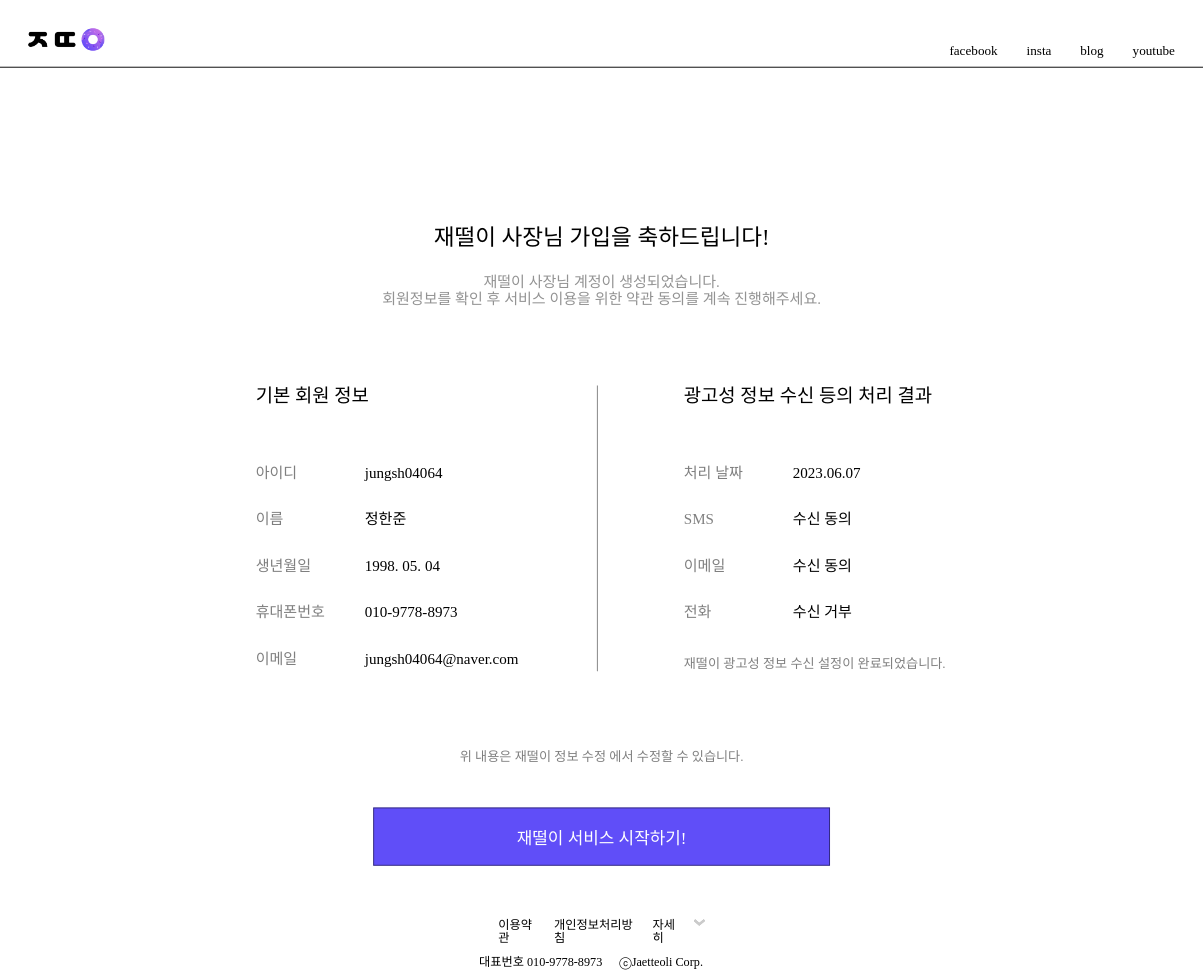
Repository: raoniee/Jaetteoli-React-Project
Page: /signup/complete
An editor plug-in stored every save of this project. The page is shown before and after the next save, followed by the edit.
The browser window is 1280 px wide. The pictures show the whole page, at 94% of full size.
Some web fonts or font styles are not loaded; a fallback is used. The project was rebuilt for these pictures with package versions that can differ from the ones it lists, and the page was loaded fresh each time. Also part of the build but not shown: src/component/main/ManageReview.module.css, src/component/main/ReviewContainer.module.css, src/component/main/ReviewItem.module.css, src/component/main/ReviewItem.js, src/component/main/ReviewContainer.js, src/component/sidebar/SideBar.module.css, src/component/sidebar/SideBar.js, src/component/main/ManageReview.js and 53 more.

Above is the page before, as saved 2023-07-06 22:10:30.

### public/index.html
<!DOCTYPE html>
<html lang="en">
<script src="//t1.daumcdn.net/mapjsapi/bundle/postcode/prod/postcode.v2.js"></script>
<head>
  <meta charset="utf-8" />
  <link rel="icon" href="%PUBLIC_URL%/favicon.ico" />
  <meta name="viewport" content="width=device-width, initial-scale=1" />
  <meta name="theme-color" content="#000000" />
  <meta name="description" content="Web site created using create-react-app" />
  <link rel="apple-touch-icon" href="%PUBLIC_URL%/logo192.png" />
  <link rel="manifest" href="%PUBLIC_URL%/manifest.json" />
  <title>재떨이</title>
</head>

<body>
  <div id="overlays"></div>
  <div id="root"></div>
</body>

</html>

### src/App.js
import Header from "./component/header/Header";
import ManageReview from "./component/main/ManageReview";
import TodayMenu from "./component/main/TodayMenu";
import TodayOrder from "./component/main/TodayOrder";
import ManageSale from "./component/main/ManageSale";

// Membership
import MembershipStart from "./component/memberShip/MembershipStart";
import MembershipInformation from "./component/memberShip/MembershipInformation";
import MembershipEnd from "./component/memberShip/MembershipEnd";

// login
import LoginStart from "./component/login/LoginStart";
import IDSearch from "./component/login/IDSearch";
import IDShow from "./component/login/IDShow";
import PasswordNew from "./component/login/PasswordNew";

import Regist1 from "./component/register/Regist1";
import Regist2 from "./component/register/Regist2";
import Regist3 from "./component/register/Regist3";

import { RouterProvider, createBrowserRouter } from "react-router-dom";
import SideBar from "./component/sidebar/SideBar";
import Home from "./component/home/Home";

const router = createBrowserRouter([
  { path: "/", element: <Home /> },
  // Membership
  { path: "/signup/agree", element: <MembershipStart /> },
  { path: "/signup/begin", element: <MembershipInformation /> },
  { path: "/signup/complete", element: <MembershipEnd /> },
  // login
  { path: "/login", element: <LoginStart /> },
  { path: "/help", element: <IDSearch /> },
  { path: "/help/complete", element: <IDShow /> },
  { path: "/help/new-pw", element: <PasswordNew /> },
  //
  { path: "/today/menu", element: <TodayMenu /> },
  { path: "/today/order", element: <TodayOrder /> },
  { path: "/review", element: <ManageReview /> },
  { path: "/sales", element: <ManageSale /> },
  { path: "/register/store", element: <Regist1 /> },
  { path: "/register/menu", element: <Regist2 /> },
  { path: "/register/origin", element: <Regist3 /> },
]);

function App() {
  return <RouterProvider router={router} />;
}

export default App;

### src/store/index.js
import React from 'react';
import { configureStore } from '@reduxjs/toolkit';
import authReducer from './auth'

export default configureStore({
    reducer: {
        auth: authReducer
    },
})

### src/component/header/Header.js
import Nav from './Nav';
import style from './Header.module.css'
import logo from '../../assets/images/logo.png'

const Header = () => {
    return (
        <header>
            <div className={style.logo}>
                <img className={style.logoImg} src={logo}></img>
            </div>
            <Nav />
        </header>
    )
}

export default Header;

### src/component/memberShip/MembershipEnd.jsx
import React from "react";
import Footer from "../footer/Footer";
import Header from "../header/Header";
import style from "./MembershipEnd.module.css";

export default function MembershipEnd() {
  return (
    <div className={style.container}>
      <Header />
      <div className={style.MembershipEnd}>
        <span className={style.title}>재떨이 사장님 가입을 축하드립니다!</span>
        <p className={style.title_desc1}>
          재떨이 사장님 계정이 생성되었습니다.
        </p>
        <p className={style.title_desc2}>
          회원정보를 확인 후 서비스 이용을 위한 약관 동의를 계속 진행해주세요.
        </p>

        <div className={style.wrap}>
          <div className={style.left}>
            <span>기본 회원 정보</span>
            <div className={style.profile}>
              <ul className={style.profile_left}>
                <li>아이디</li>
                <li>이름</li>
                <li>생년월일</li>
                <li>휴대폰번호</li>
                <li>이메일</li>
              </ul>
              <ul className={style.profile_right}>
                <li>jungsh04064</li>
                <li>정한준</li>
                <li>1998. 05. 04</li>
                <li>010-9778-8973</li>
                <li>jungsh04064@naver.com</li>
              </ul>
            </div>
          </div>

          <div className={style.right}>
            <span>광고성 정보 수신 등의 처리 결과</span>
            <div className={style.result}>
              <ul className={style.result_left}>
                <li>처리 날짜</li>
                <li>SMS</li>
                <li>이메일</li>
                <li>전화</li>
              </ul>
              <ul className={style.result_right}>
                <li>2023.06.07</li>
                <li>수신 동의</li>
                <li>수신 동의</li>
                <li>수신 거부</li>
              </ul>
            </div>

            <p>재떨이 광고성 정보 수신 설정이 완료되었습니다.</p>
          </div>
        </div>
        <p className={style.correction}>
          위 내용은 재떨이 정보 수정 에서 수정할 수 있습니다.
        </p>
        <button className={style.bluebutton}>재떨이 서비스 시작하기!</button>
      </div>
      <Footer />
    </div>
  );
}

### src/store/auth.js
import { createSlice } from '@reduxjs/toolkit';

const initialStateValue = { jwt: '', name: '', firstLogin: 1, menuRegister: 1 }

export const authSlice = createSlice({
    name: "auth",
    initialState: { value: { jwt: '', name: '', firstLogin: 1, menuRegister: 1 } },
    reducers: {
        login: (state, action) => {
            state.value = action.payload
        },
        logout: (state) => {
            state.value = initialStateValue
        }
    },
});

export default authSlice.reducer;
export const { login, logout } = authSlice.actions;

### src/component/header/Nav.js
import style from './Nav.module.css'

const Nav = () => {
    return(
        <nav className={style.nav}>
            <ul className={style.navList}>
                <li>facebook</li>
                <li>insta</li>
                <li>blog</li>
                <li>youtube</li>
            </ul>
        </nav>
    )
}

export default Nav;

### src/component/header/Header.module.css
header {
    font-family: "Pretendard-SemiBold";
    width: 100%;
    height: 72px;
    display: flex;
    align-items: flex-end;
    justify-content: space-between;
    padding: 10px 30px;
    box-sizing: border-box;
    position: fixed;
    top: 0;
    left: 0;
    background-color: white;
    z-index: 1;
    border-bottom: 1px solid black;
}

.logoImg {
    width: 81px;
    height: 24px;
    margin-bottom: 4px;
}

### src/component/footer/Footer.jsx
import React from "react";
import style from "./Footer.module.css";
import { ReactComponent as ArrowDown } from '../../assets/images/arrow_down.svg'

export default function Footer() {
  return (
    <footer>
      <ul className={style.top}>
        <li>이용약관</li>
        <li>개인정보처리방침</li>
        <li>
          <p>자세히</p>
          <ArrowDown></ArrowDown>
        </li>
      </ul>
      <ul className={style.bottom}>
        <li>대표번호 010-9778-8973</li>
        <li>ⓒJaetteoli Corp.</li>
      </ul>
    </footer>
  );
}

### src/component/memberShip/MembershipEnd.module.css
.container {
  display: flex;
  flex-direction: column;
}

.MembershipEnd {
  display: block;
  margin: 0 auto;
  margin-top: 240px;
  margin-bottom: 45px;
}

.title {
  display: block;
  text-align: center;
  font-weight: 300;
  font-size: 24px;
  line-height: 26.4px;
  margin-bottom: 25px;
}

.title_desc1,
.title_desc2 {
  font-weight: 300;
  font-size: 16px;
  line-height: 17.6px;
  text-align: center;
  color: rgba(147, 147, 147, 1);
  /* margin-bottom: 83px; */
}

.title_desc2 {
  margin-bottom: 83px;
}

.wrap {
  display: flex;
  width: 736px;
  margin-bottom: 84px;
}

.wrap span {
  display: block;
  font-weight: 300;
  font-size: 20px;
  line-height: 22px;
  margin-bottom: 62px;
}

.left {
  width: 396px;
  border-right: 1px solid rgba(0, 0, 0, 0.5);
}

.profile {
  display: flex;
}

.profile_left {
  display: flex;
  flex-direction: column;
  gap: 32px;
  width: 116px;

  font-size: 300;
  font-size: 16px;
  line-height: 17.6px;
  color: rgba(0, 0, 0, 0.5);
}

.profile_right {
  display: flex;
  flex-direction: column;
  gap: 32px;
  font-size: 300;
  font-size: 16px;
  line-height: 17.6px;
  color: rgba(0, 0, 0, 1);
}

.right {
  width: 396px;
  padding-left: 91px;
}

.result {
  display: flex;
  margin-bottom: 39px;
}

.result_left {
  display: flex;
  flex-direction: column;
  gap: 32px;
  width: 116px;

  font-size: 300;
  font-size: 16px;
  line-height: 17.6px;
  color: rgba(0, 0, 0, 0.5);
}

.result_right {
  display: flex;
  flex-direction: column;
  gap: 32px;
  font-size: 300;
  font-size: 16px;
  line-height: 17.6px;
  color: rgba(0, 0, 0, 1);
}

.right p {
  font-size: 14px;
  line-height: 15.4px;
  color: rgba(0, 0, 0, 0.5);
}

.correction {
  font-size: 14px;
  line-height: 15.4px;
  color: rgba(0, 0, 0, 0.5);
  text-align: center;
}

.bluebutton {
  display: block;
  margin: 0 auto;
  width: 486px;
  height: 62px;
  background-color: rgba(96, 78, 248, 1);
  border: 1px solid rgba(0, 0, 0, 0.5);
  color: rgba(255, 255, 255, 1);
  margin-top: 45px;
}

### src/component/header/Nav.module.css
.nav {
    font-family: "Pretendard-Regular";
    font-size: 14px;
}

.navList {
    width: 240px;
    display: flex;
    justify-content: space-between;
}

### src/component/memberShip/AgreeAlert.module.css
* {
  font-family: "Fira Sans";
  box-sizing: border-box;
}

.wrap {
  position: absolute;
  top: 50%;
  left: 50%;
  transform: translate(-50%, -50%);
  width: 771px;
  height: 568px;
}

.top {
  display: flex;
  justify-content: space-between;
  background-color: #604ef8;
  height: 55.8px;
}

.top .title {
  font-weight: 500;
  font-size: 14px;
  line-height: 55.8px;
  color: #ffffff;
  margin-left: 31px;
}

.top .close {
  margin-top: 22px;
  margin-right: 32px;
  cursor: pointer;
}

.middle {
  background: white;
  padding: 20px 30px;
}

.middle .information ul {
  display: flex;
  margin-bottom: 15px;
}

.middle .information ul li {
  font-weight: 500;
  font-size: 13px;
  line-height: 15.6px;
}

.middle .information ul li:nth-child(1) {
  flex-grow: 15;
}
.middle .information ul li:nth-child(2) {
  text-align: right;
  flex-grow: 1;
}
.middle .information ul li:nth-child(3) {
  text-align: right;
  flex-grow: 1;
}

.middle .information p {
  padding: 10px 7px;
  height: 360.97px;
  font-weight: 400;
  font-size: 11px;
  line-height: 13.2px;
  border: 1px solid #dadada;
  overflow-y: scroll;
}

.bottom {
  position: relative;
  height: 82px;
  background-color: #f6f6f6;
}

.bottom button {
  position: absolute;
  bottom: 21px;
  right: 30.5px;
  width: 97.5px;
  height: 31px;
  border: 1px solid #604ef8;
  border-radius: 5px;
  cursor: pointer;
}

### src/component/footer/Footer.module.css
/* * {
  outline: 1px solid #363;
} */

footer {
  height: 71px;
  font-weight: 300;
  font-size: 13px;
  line-height: 14.3px;
}

footer ul {
  display: flex;
}

.top {
  width: 220px;
  gap: 14px;
  margin: 0 auto;
  margin-top: 11px;
  margin-bottom: 12px;
}

.top li {
  display: flex;
}

.top li p {
  margin-right: 10px;
}

.bottom {
  width: 261px;
  gap: 18px;
  margin: 0 auto;
}

### src/component/home/Login.module.css
.btnContainer {
    width: 276px;
    height: 48px;
    display: flex;
    justify-content: space-around;
}

button {
    width: 114px;
    height: 48px;
    border: 2px solid #604EF8;
    font-family: 'Pretendard-Regular';
    font-size: 18px;
}

.login {
    background-color: white;

}

.signup {
    background-color: #604EF8;
    color: white;
}

Loaded but not shown: src/index.js (common file); src/index.css (common file)

After the next save:
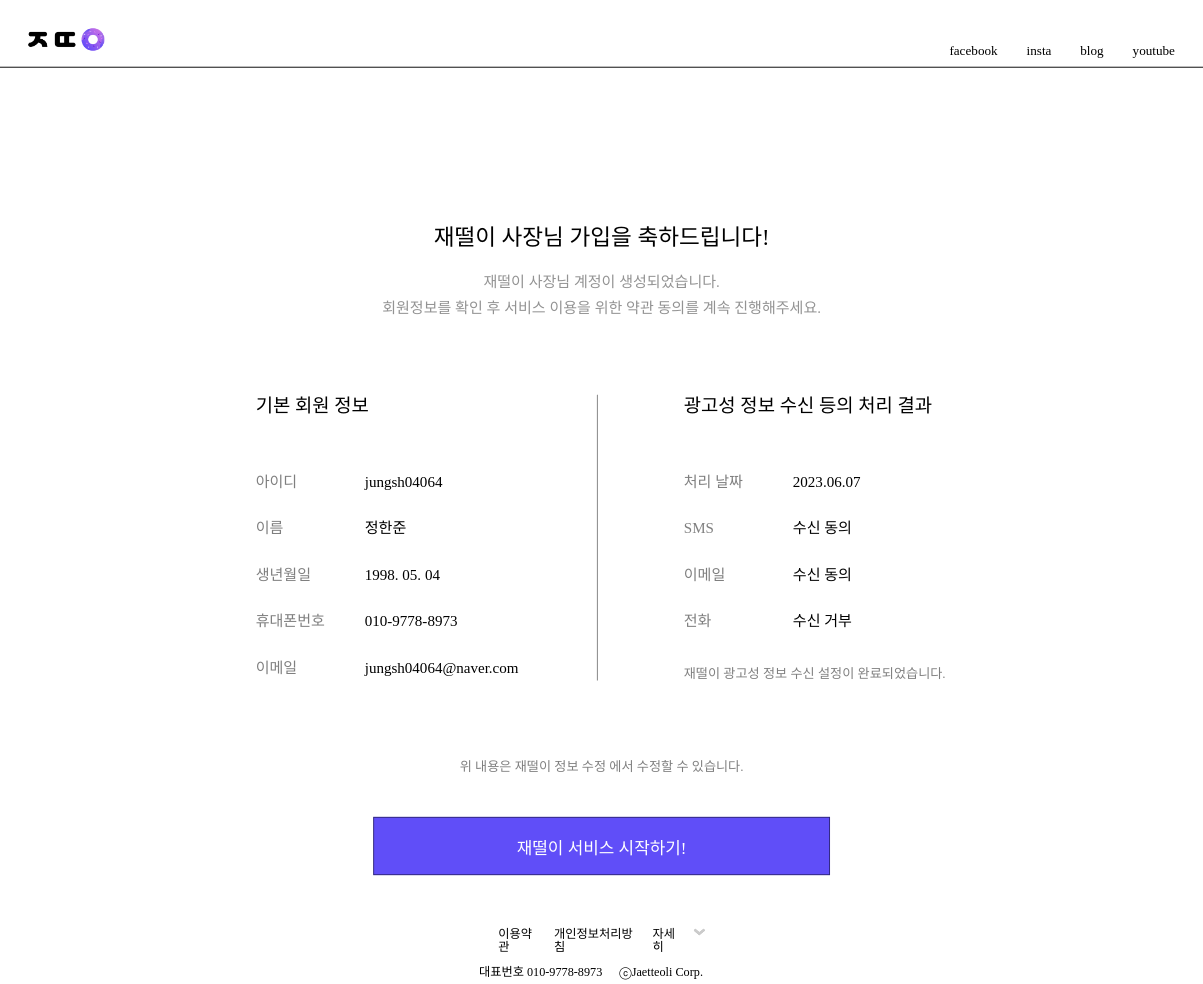
Saved 18 s later.
--- a/src/component/memberShip/MembershipEnd.module.css
+++ b/src/component/memberShip/MembershipEnd.module.css
@@ -26,7 +26,7 @@
   line-height: 17.6px;
   text-align: center;
   color: rgba(147, 147, 147, 1);
-  /* margin-bottom: 83px; */
+  margin-bottom: 10px;
 }
 
 .title_desc2 {
